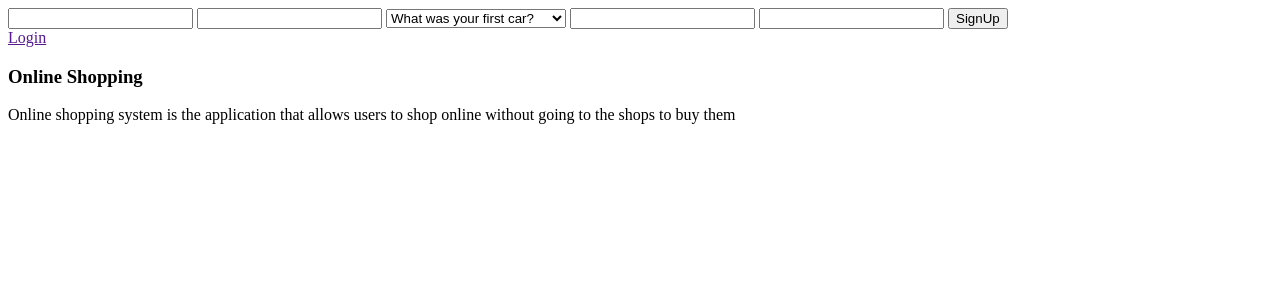
Repository: NidhiDaniel/E-Cart
Page: http://localhost/Online-Shopping-Cart/
The author's editor kept a copy of each file at every save. The page is drawn from the files as they stood at one save, then again after the next save.
The browser window is 1280 px wide. The pictures show the whole page.
The page is served by Tomcat 9.

Above is the page before, as saved 2024-01-03 05:58:53.

After the next save:
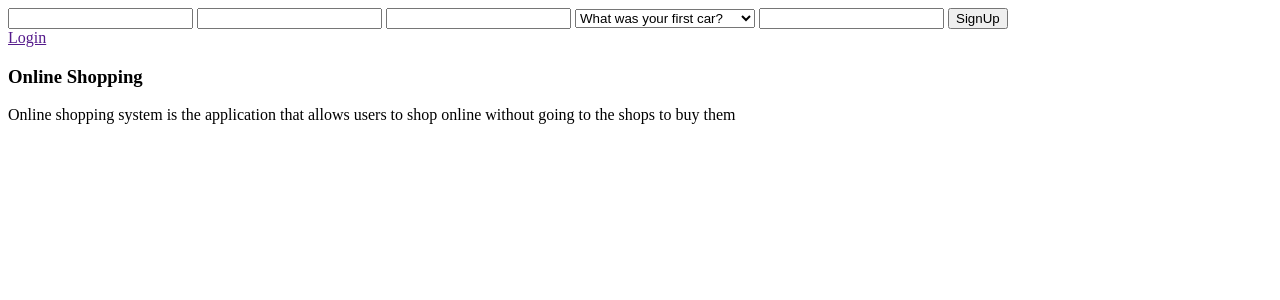
Saved 3 min 12 s later.
--- a/Online-Shopping-Cart/src/main/webapp/signupform.jsp
+++ b/Online-Shopping-Cart/src/main/webapp/signupform.jsp
@@ -11,16 +11,18 @@
 	<div class="container">
 		<div class="left-div">
 			<form action="adduser.jsp" method="post">
-				<input type="text" name="name"> <input type="email"
-					name="email"> <select name="security_question">
+				<input type="text" name="name">
+				<input type="email"name="email">
+				<input type="password"
+					name="password">
+				<select name="security_question">
 					<option>What was your first car?</option>
 					<option>What is your first school?</option>
 					<option>What is your pet name?</option>
 					<option>Who was your best friend?</option>
 				</select>
 				<input type="text" name="answer">
-				<input type="password"
-					name="password">
+
 				<input type="submit" value="SignUp">
 			</form>
 			<a href="">Login</a>
